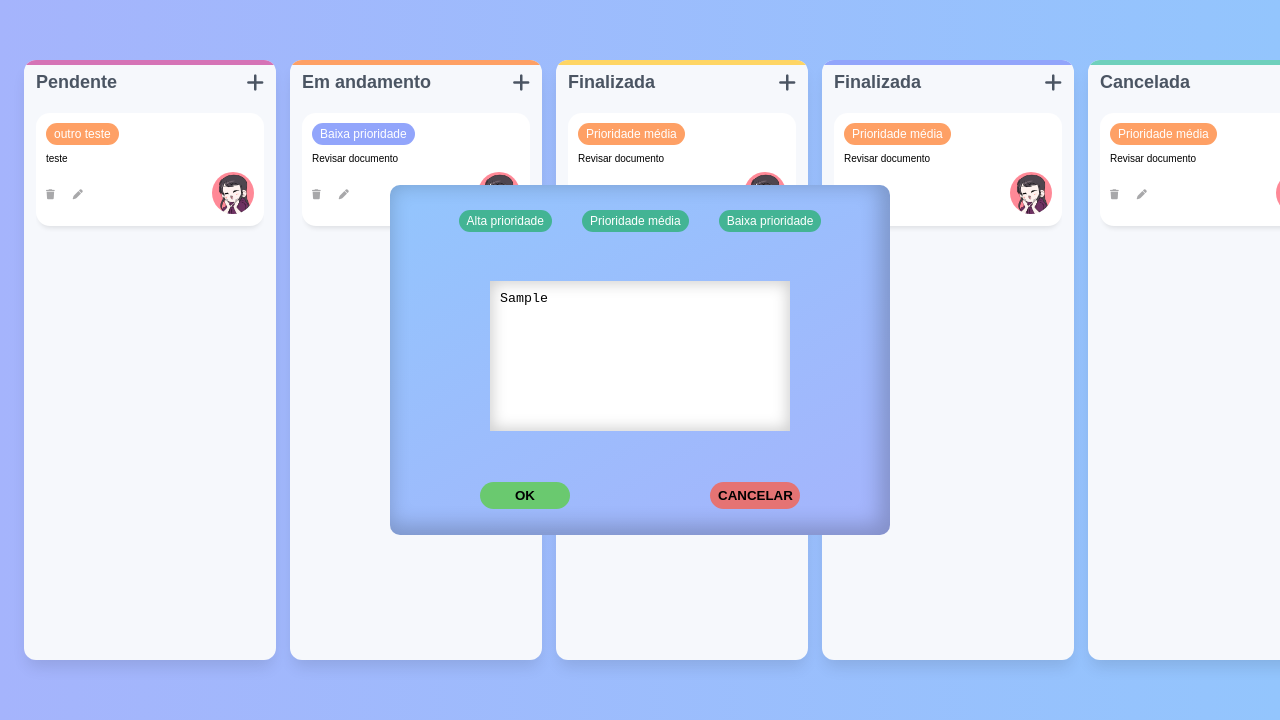
Repository: Marinalr-25/ProjetoToDoList
Page: index.html
These files come from the project's save history. The page is drawn as it stood at one moment and after the next save; the edit follows.
The browser window is 1280 px wide. The pictures show the whole page.
Empty fields were first filled with sample values (such as "Sample", 5 or name@example.com).
After loading, the first visible `button.botao` was clicked once.
Some web fonts or font styles are not loaded; a fallback is used. Some web libraries are served in a nearby version.

Above is the page before, as saved 2024-10-31 19:59:08.

After the next save:
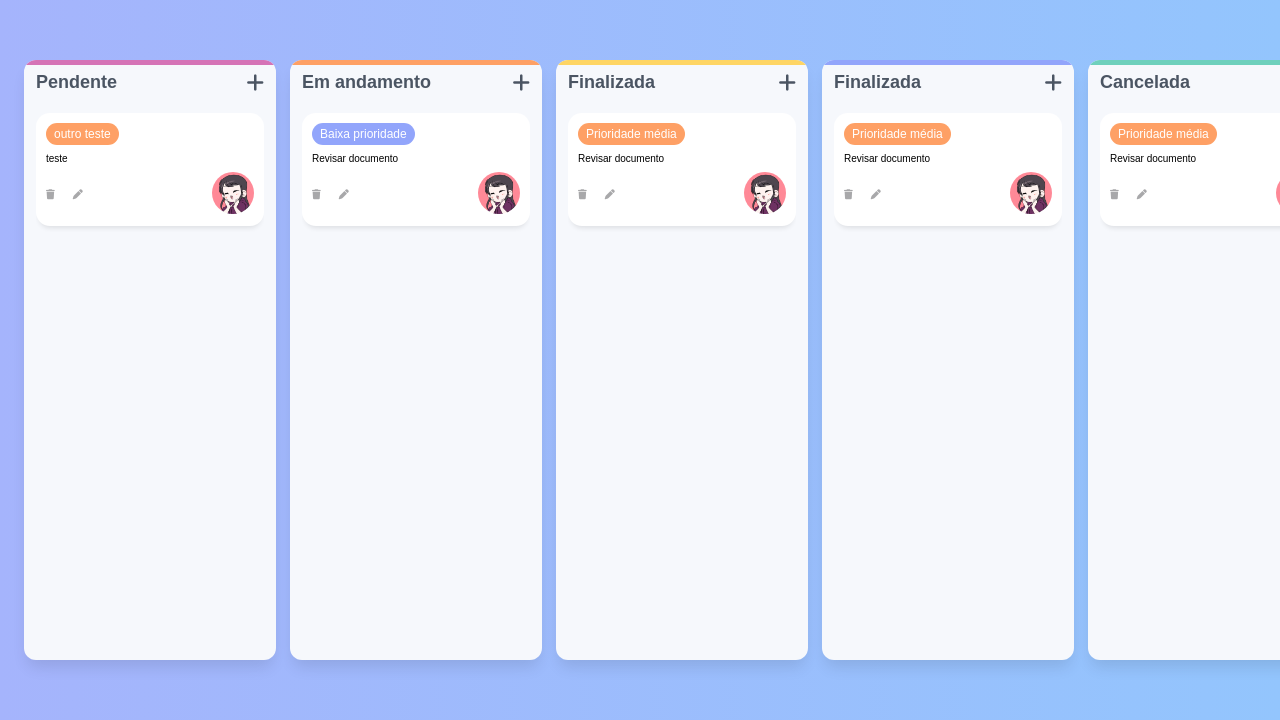
Saved 27 s later.
--- a/javascript/script.js
+++ b/javascript/script.js
@@ -72,6 +72,7 @@ document.addEventListener('DOMContentLoaded', function () {
                 <img src="images/iconePerfil2.png" alt="avatar2" />
               </div>
             </div>`;
+    adicionando.style.display = 'none';
   });
 
   cancelar.addEventListener('click', function () {
